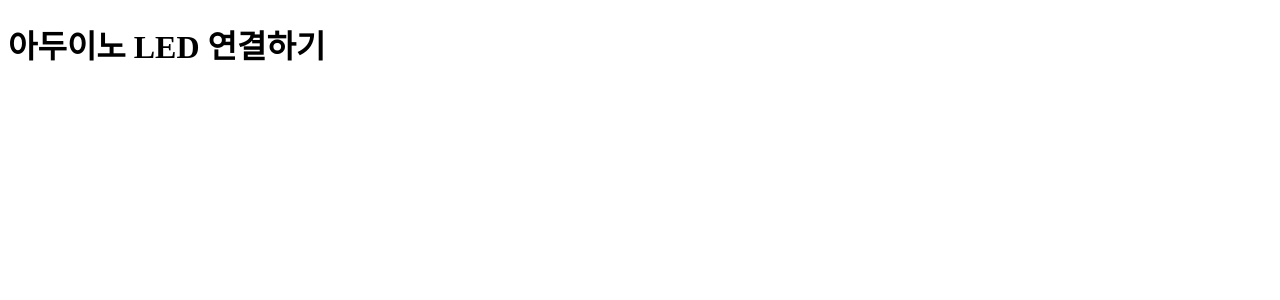
Repository: lafayetteey/WorkSpace_Arduino
Page: http://localhost/testArduino/views/part1_LED_Controler.jsp
An editor plug-in stored every save of this project. The page is shown before and after the next save, followed by the edit.
The browser window is 1280 px wide. The pictures show the whole page.
The page is served by Tomcat 9.

Above is the page before, as saved 2020-08-04 02:06:54.

After the next save:
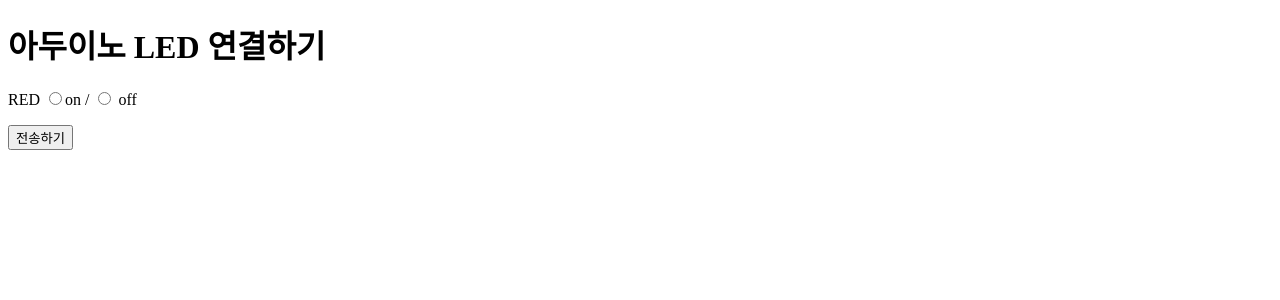
Saved 3 min 4 s later.
--- a/workspace_Arduino/testArduino/WebContent/views/part1_LED_Controler.jsp
+++ b/workspace_Arduino/testArduino/WebContent/views/part1_LED_Controler.jsp
@@ -9,8 +9,22 @@
 <body>
 	<h1>아두이노 LED 연결하기</h1>
 	<form action="http://192.168.30.182/led.cgi" method="get">
+		<p>
+			RED
+			<input type="radio" name="LEDstatus" value="1">on / <input type="radio" name="LEDstatus" value="0"> off<br>
+		</p>
+		<input type="submit" value="전송하기">
+	</form>
 
-	</form>
+
+
+
+
+
+
+
+
+
 
 
 
